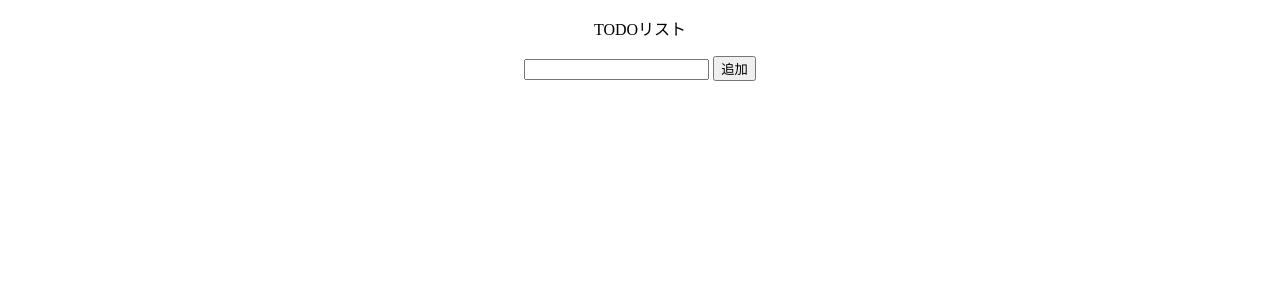
Repository: kntb2565/todolist
Page: src/index.html
The author's editor kept a copy of each file at every save. The page is drawn from the files as they stood at one save, then again after the next save.
The browser window is 1280 px wide. The pictures show the whole page.

Above is the page before, as saved 2018-10-21 13:56:42.

### src/index.html
<!DOCTYPE html>
<html lang="ja">
<head>
  <meta charset="utf-8">
  <title>todolist</title>
  <link rel="stylesheet" href="css/styles.css" type="text/css">

</head>
<div class="todo">
    <p>TODOリスト</p>
    <input type="text" />
    <input type="button" value="追加" />
</div>
</html>

### src/css/styles.css
h1{
 color: blue;

}
 body{
    text-align: center;
 }

After the next save:
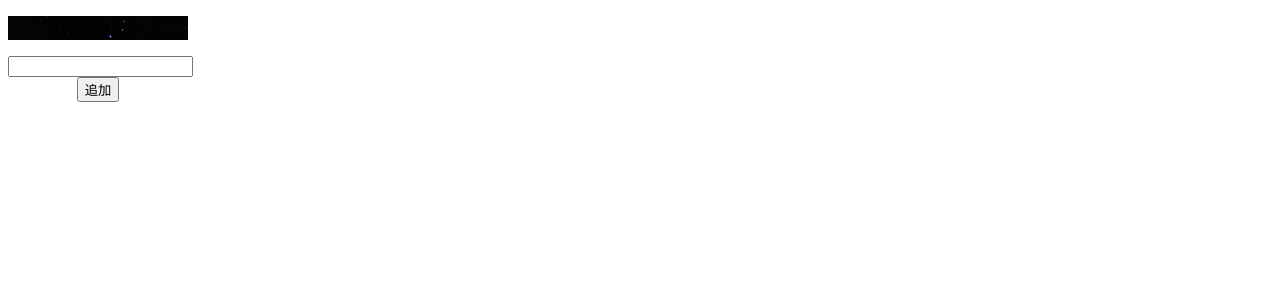
Saved 99 s later.
--- a/src/css/styles.css
+++ b/src/css/styles.css
@@ -5,3 +5,12 @@ h1{
  body{
     text-align: center;
  }
+
+ .todo{
+   width: 180px
+
+ }
+
+ p{
+    background-image: url(img/utyu3.jpg);
+ }
